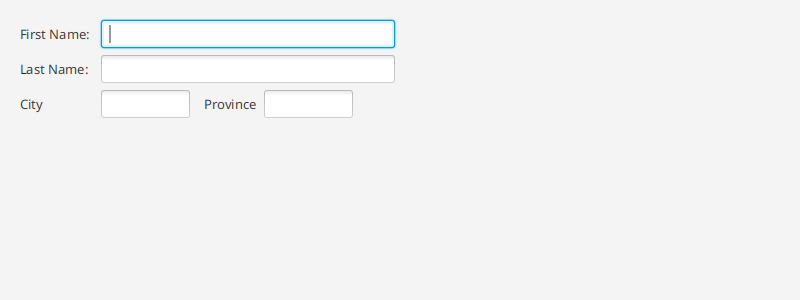
Repository: Mselenko/Java
Program's window: java w_5/JavaFx/src/garbage/CssExample.java
These files come from the project's save history. The program's window is drawn as it stood at one moment and after the next save; the edit follows.
It runs on Java 21 on a 1366 x 768 screen with JavaFX 11; the title bar is not drawn.

Above is the program's window before, as saved 2019-06-22 00:20:53.

After the next save:
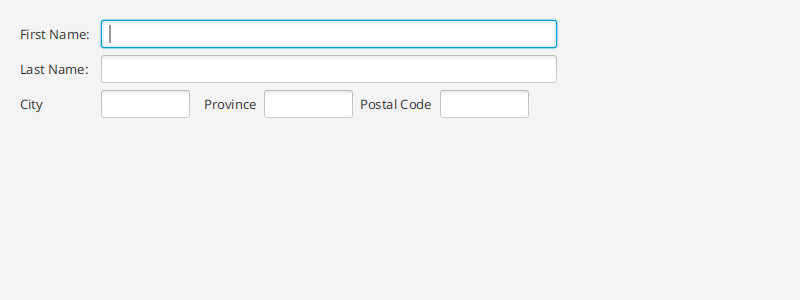
Saved 99 s later.
--- a/w_5/JavaFx/src/garbage/CssExample.java
+++ b/w_5/JavaFx/src/garbage/CssExample.java
@@ -92,6 +92,12 @@
         TextField tfProvince = new TextField();
         tfProvince.setPrefColumnCount(6);
 
+Label lbpCode = new Label("Postal Code");
+
+        GridPane.setHalignment(lbpCode, HPos.LEFT);
+        TextField tfpCode = new TextField();
+        tfpCode.setPrefColumnCount(6);
+
 //        tfStreet.setPrefColumnCount(5);
 //        GridPane.setColumnSpan(tfStreet, 2);
 //        TextField tfNumber = new TextField();
@@ -117,7 +123,7 @@
        // gridPane.add(tfLastName, 1, 1); gridPane.add(lbCity, 0, 2);
         gridPane.add(lbCity, 0, 2); gridPane.add(tfCity, 1, 2);
         gridPane.add(lbProvince, 3, 2); gridPane.add(tfProvince, 4, 2);
-        //gridPane.add(lbpCode, 5, 2); gridPane.add(tfpCode, 6, 2);
+        gridPane.add(lbpCode, 5, 2); gridPane.add(tfpCode, 6, 2);
        // gridPane.add(lbNotes, 0, 4); gridPane.add(taNotes, 1, 4);
 
         return gridPane;
